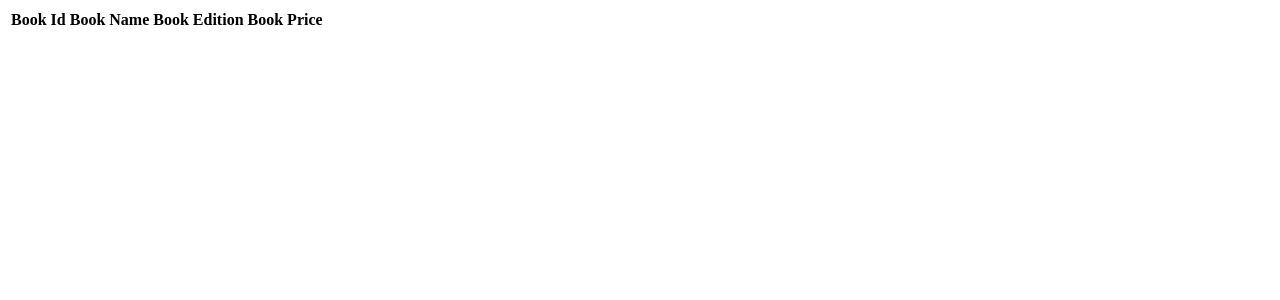
Repository: meriam0000/servlet
Page: http://localhost/BookWebApp/bookList
The author's editor kept a copy of each file at every save. The page is drawn from the files as they stood at one save, then again after a run of saves.
The browser window is 1280 px wide. The pictures show the whole page.
The page is served by Tomcat 9. Queries for data that is not in the repository find no rows.

Above is the page before, as saved 2024-02-13 13:57:38.

After the next 2 saves:
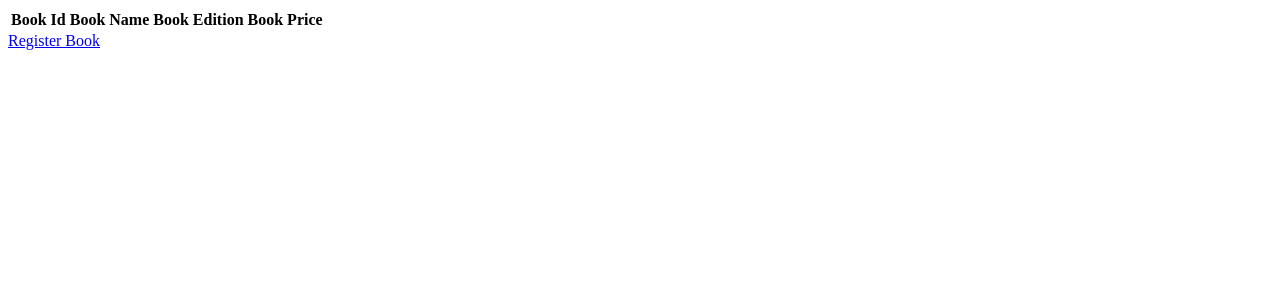
The 2 saves are shown as one change because 1 did not build or start.
The last was saved 3 min 44 s later.
--- a/BookWebApp/src/main/java/com/idiot/servlet/BookListServlet.java
+++ b/BookWebApp/src/main/java/com/idiot/servlet/BookListServlet.java
@@ -62,7 +62,7 @@ public class BookListServlet extends HttpServlet {
 				e.printStackTrace();
 				pw.println("<h1>"+e.getMessage()+"</h1>");
 			}
-
+			pw.println("<a href='Home.html'>Register Book</a>");
 			}
 		@Override
 		protected void doPost(HttpServletRequest req, HttpServletResponse resp) throws ServletException, IOException {
